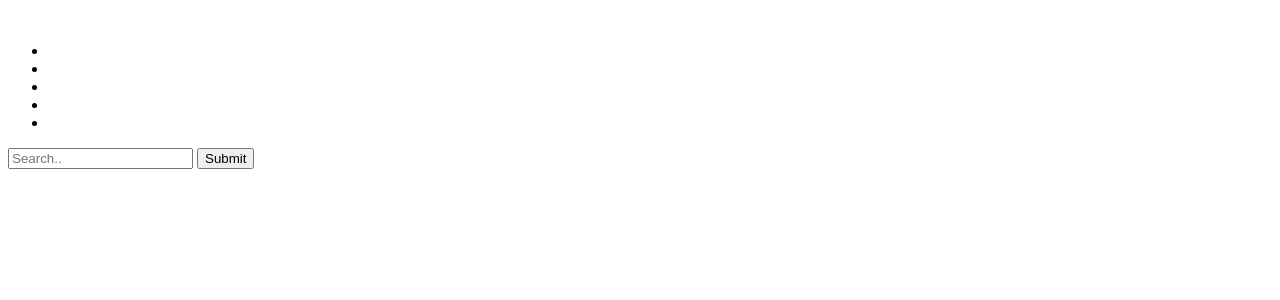
Repository: manhkkkk/assigntment
Page: index.html
These files come from the project's save history. The page is drawn as it stood at one moment and after the next save; the edit follows.
The browser window is 1280 px wide. The pictures show the whole page.

Above is the page before, as saved 2022-01-09 21:38:37.

After the next save:
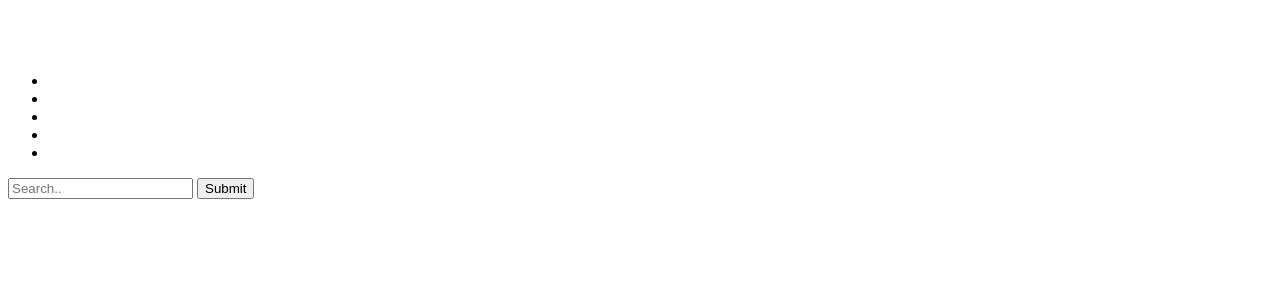
Saved 8 s later.
--- a/index.html
+++ b/index.html
@@ -15,7 +15,7 @@
                     <img
                         src="./image/logo.png"
                         alt="website logo"
-                        width="10px"
+                        width="100px"
                     />
                 </div>
                 <nav class="flex justify-between items-center py-5">
